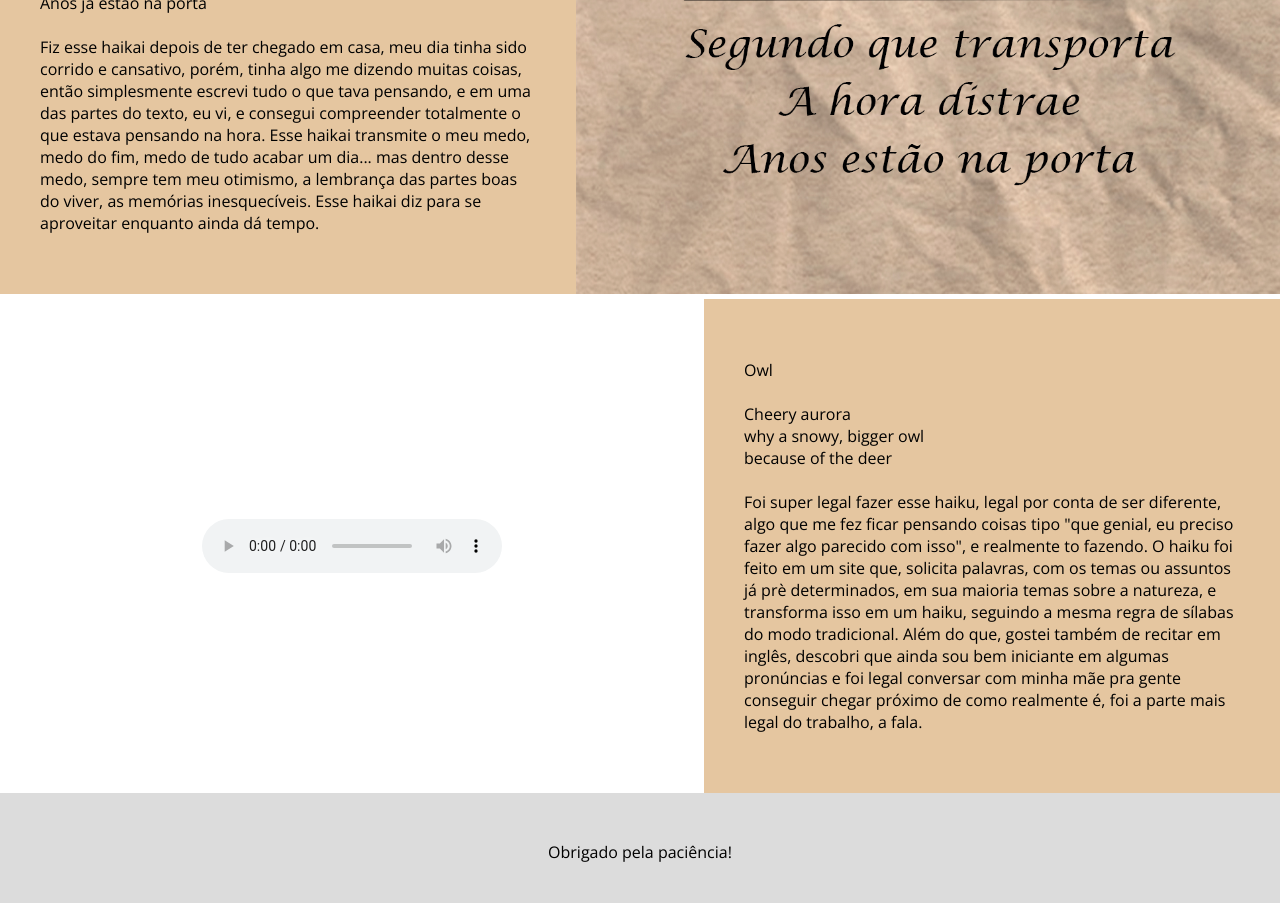
Repository: NewMatheusED/portfolio-linguagens
Page: index.html
These files come from the project's save history. The page is drawn as it stood at one moment and after the next save; the edit follows.
The browser window is 1280 px wide. The pictures show the part of the page from y = 1569 to 2521 px (the page is 2472 px tall before and 2521 px after).

Above is the page before, as saved 2022-11-20 23:09:49.

### index.html
<!DOCTYPE html>
<html lang="pt-br">
<head>
    <meta charset="UTF-8">
    <link href="https://fonts.googleapis.com/css2?family=Open+Sans&display=swap" rel="stylesheet">
    <link rel="stylesheet" href="style.css">
    <meta name="viewport" content="width=device-width, initial-scale=1.0">
    <meta name="description" content="Trabalho Integrado de linguagens 4º bimestre">
    <meta name="keywords" content="LandingPage,Início,Começo">
    <meta name="author" content="Matheus Eduardo">
    <title>Integrado de Linguagens</title>
</head>
<body>
    <header>
        <div class="container">
            <h2>MATHEUS EDUARDO MENDONÇA GOMES</h2>
            <div class="clear"></div><!--clear-->
        </div><!--container-->
    </header>

    <section class="chamada">
        <div class="container">
           <div><h2>Trabalho Integrado de Linguagens</h2></div>
            <div><p>Olá! Esse é meu portfólio com os trabalhos produzidos na área. Espero que goste!
            </p></div>
                <div class="arrow"></div>
                </div><!--container-->
    </section><!--chamada-->

    <section class="mosaico">

        <div class="container">

            <div class="flex-mosaico">
                <div class="item-1-mosaico" style="background-image: url(cobra.jpg);">
                </div><!--item-1-mosaico-->

                <div class="item-2-mosaico">
                    <p><b>Estampa camiseta</b><br><br>Como proposta para a área de arte, tivemos que desenhar algo para ser a logo da nossa sala, e assim fazer uma estampa de camisa. O tema foi sorteado pela sala, cobra, algo que não me agradou muito, porém tudo bem... Como ideia, quis fazer uma cobra em movimento, para se fixar em posição de ataque. Fiz algo minimalista, porém com uma leve textura para dar inpressão de pele mais grossa.</p>
                </div><!--item-2-mosaico-->
            </div><!--flex-mosaico-->

            <div class="flex-mosaico" style="flex-direction: row-reverse;">
                <div class="item-1-mosaico" style="background-image: url(bordado.jpg);">
                </div><!--item-1-mosaico-->

                <div class="item-2-mosaico">
                    <p><b>Bordado</b><br><br>Sendo o trabalho mais legal e mais chato ao mesmo tempo, fazer o bordado foi algo que saiu do que esperava. Ainda não posso dizer que entendi o porquê dessa solicitação, porém foi legal ficar fazendo isso com a minha mãe, algo que realmente me distraiu demais. Esse processo lento, porém, cada fio passado você repara a evolução. Gostei desse trabalho por isso, pelo o que me fez sentir no processo, e não gostei por conta de ter demorado um tanto bom pra aprender em casa.</p>
                </div><!--item-2-mosaico-->
            </div><!--flex-mosaico-->

            <div class="flex-mosaico">
                <div class="item-1-mosaico" style="background-image: url(kendo.gif); background-size: contain">
                </div><!--item-1-mosaico-->

                <div class="item-2-mosaico">
                    <p><b>Kendo</b><br><br>Falar sobre o kendo foi também bem diferente pra mim, principalmente por não conhecer antes o esporte. Mas tirando isso, eu gostei demais de pesquisar e apresentar sobre, descobrir nomes novos, movimentos diferentes, começei a pensar nos movimentos que fazia e associar isso ao próprio kendo. Foi uma forma de abrir meu leque cultural e descobrir coisas novas que são do meu gosto, então fazer esse gif foi legal até, mesmo que rápido.</p>
                </div><!--item-2-mosaico-->
            </div><!--flex-mosaico-->

            <div class="flex-mosaico" style="flex-direction: row-reverse;">
                <div class="item-1-mosaico" style="background-image: url(haikai.jpg);">
                </div><!--item-1-mosaico-->

                <div class="item-2-mosaico">
                    <p><b>Haikai</b><br><br>Infinitude<br><br>
                        Segundo que transporta<br>
                        A hora distrae<br>
                        Anos já estão na porta<br><br>
                    Fiz esse haikai depois de ter chegado em casa, meu dia tinha sido corrido e cansativo, porém, tinha algo me dizendo muitas coisas, então simplesmente escrevi tudo o que tava pensando, e em uma das partes do texto, eu vi, e consegui compreender totalmente o que estava pensando na hora. Esse haikai transmite o meu medo, medo do fim, medo de tudo acabar um dia... mas dentro desse medo, sempre tem meu otimismo, a lembrança das partes boas do viver, as memórias inesquecíveis. Esse haikai diz para se aproveitar enquanto ainda dá tempo.</p>
                </div><!--item-2-mosaico-->
            </div><!--flex-mosaico-->

            <div class="flex-mosaico">
                <div class="item-1-mosaico">
                    <audio controls>
                        <source src="Haiku.mp3" type="audio/mpeg">
                    </audio>
                </div><!--item-1-mosaico-->

                <div class="item-2-mosaico">
                    <p>Owl<br><br>
                        Cheery aurora<br>
                        why a snowy, bigger owl<br>
                        because of the deer<br><br>
                    Foi super legal fazer esse haiku, legal por conta de ser diferente, algo que me fez ficar pensando coisas tipo "que genial, eu preciso fazer algo parecido com isso", e realmente to fazendo. O haiku foi feito em um site que, solicita palavras, com os temas ou assuntos já prè determinados, em sua maioria temas sobre a natureza, e transforma isso em um haiku, seguindo a mesma regra de sílabas do modo tradicional. Além do que, gostei também de recitar em inglês, descobri que ainda sou bem iniciante em algumas pronúncias e foi legal conversar com minha mãe pra gente conseguir chegar próximo de como realmente é, foi a parte mais legal do trabalho, a fala. </p>
                </div><!--item-2-mosaico-->
            </div><!--flex-mosaico-->
        </div><!--container-->
    </section><!--mosaico-->

    <footer>
        <div class="container">
        <p>Obrigado pela paciência!</p>
        </div><!--container-->
    </footer>
</body>
</html>

### style.css
* {
    margin: 0;
    padding: 0;
    box-sizing: border-box;
    font-family: 'Open Sans', sans-serif;
}

html, body {
    height: 100%;
}

.clear {
    clear: both;
}

.container {
    width: 100%;
    max-width: 1280px;
    margin: 0 auto;
}

header {
    background-color: rgb(220,220,220);
    padding: 10px 2% 20px 2%;
    text-align: center;
}

.logo-1 {
    float: left;
    margin-top: 10px;
    width: 150px;
    height: 60px;
    background-image: url(../projeto_02/logo1.png);
    background-size: 100% auto;
    background-position: center;
    background-repeat: no-repeat;
}

.logo-2 {
    float: right;
    width: 160px;
    height: 60px;
    background-image: url(../projeto_02/logo2.png);
    background-size: 100% auto;
    background-position: center;
    background-repeat: no-repeat;
}

.cover-form {
    width: 100%;
}

.bg {
    position: relative;
    height: 560px;
    background-size: cover;
    background-position: center;
    background-image: url(../projeto_02/bg-form.jpg);
}

.form-container {
    position: absolute;
    right: 30px;
    top: -2.5%;
    box-shadow: 2px 2px 2px 1px rgb(180,180,180);
    width: 400px;
    height: 105%;
    background-color: white;
}

.form-container h2 {
    font-weight: normal;
    font-size: 18px;
    color: black;
    padding: 25px 15px;
    background-color: rgb(210,210,210);
}

.form-container form {
    margin-top: 20px;
    padding: 15px;
}

.form-container form p {
    font-size: 13px;
    color: #525252;
}

.form-wraper:not(:first-child) {
    margin-top: 40px;
}

.form-wraper:last-child {
    margin-top: 20px;
}

.form-container form input[type=text] {
    width: 100%;
    border: 1px solid #ccc;
    height: 45px;
    line-height: 45px;
    padding-left: 10px;
}

.form-container form input[type=submit] {
    background-color: #033C50;
    text-transform: uppercase;
    color: white;
    width: 100%;
    font-size: 17px;
    height: 50px;
    cursor: pointer;
    border: none;
}

.chamada {
    z-index: 0;
    width: 100%;
    text-align: center;
}

.arrow {
    width: 64px;
    height: 64px;
    z-index: 3;
    background-image: url(../projeto_02/arrow.png);
    background-size: 100% 100%;
    position: relative;
    top: -183px;
    left: 50%;
    margin-left: -20px;
}

.chamada .container {
    padding: 70px 0 50px 0;
    background-color: #887968;
}

.chamada h2 {
    text-transform: uppercase;
    width: 98%;
    max-width: 700px;
    display: inline-block;
    color: white;
    font-size: 35px;
    font-weight: normal;
}

.chamada p {
    width: 98%;
    font-size: 20px;
    color: white;
    margin-top: 10px;
    font-weight: normal;
}

.flex-mosaico {
    display: flex;
    margin-top: 5px;
}

.item-1-mosaico {
    background-size: cover;
    background-repeat: no-repeat;
    background-position: center;
    width: 55%;
}

.item-1-mosaico audio {
    position: relative;
    left: 50%;
    top: 50%;
    transform: translate(-50%, -50%);
}

.item-2-mosaico {
    background-color: #e5c6a0;
    color: black;
    padding: 60px 40px;
    width: 45%;
}

.item-2-mosaico p b {
    font-size: 20px
}

footer .container {
    text-align: center;
    padding: 40px 0;
    background-color: rgb(220,220,220);
}

footer p {
    margin-top: 8px;
}

footer img {
    width: 150px;
    margin-top: 30px;
}

@media screen and (max-width: 960px) {

    .bg {
        height: auto;
        padding: 40px 0;
        text-align: center;
    }

    .form-container {
        height: auto;
        width: 96%;
        max-width: 400px;
        display: inline-block;
        position: static;
    }
}

@media screen and (max-width:768px) {
    .flex-mosaico {
        display: block;
    }

    .item-1-mosaico {
        padding-top: 50%;
        width: 100%;
    }

    .item-2-mosaico {
        text-align: justify;
        width: 100%;
    }
}

@media screen and (max-width: 510px) {
    header {
        text-align: center;
    }

    .logo-1, .logo-2 {
        right: 0;
        text-align: center;
        margin-top: 10px;
        display: inline-block;
        float: none;
    }
}

After the next save:
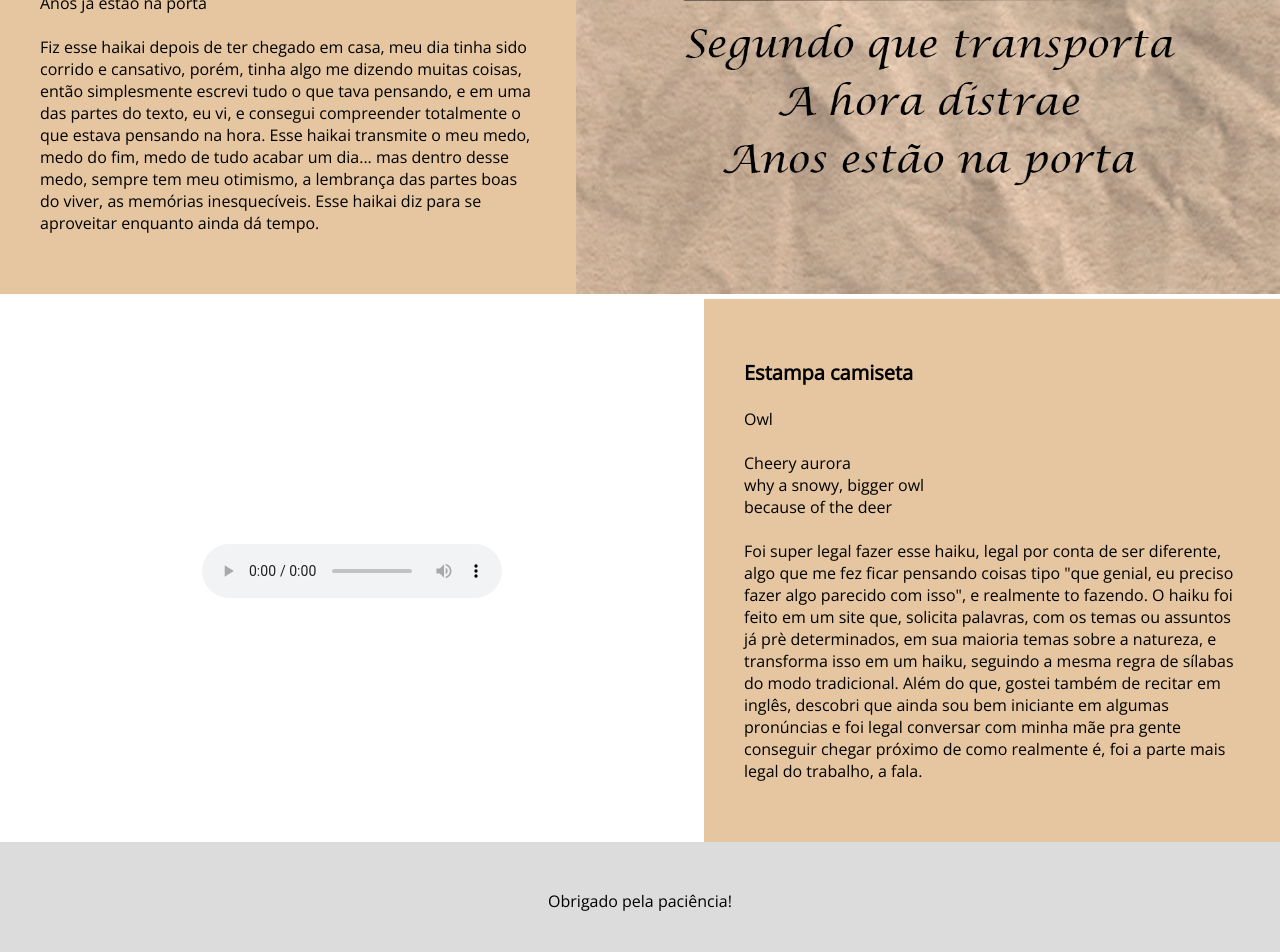
Saved 5 s later.
--- a/index.html
+++ b/index.html
@@ -79,7 +79,7 @@
                 </div><!--item-1-mosaico-->
 
                 <div class="item-2-mosaico">
-                    <p>Owl<br><br>
+                    <p><b>Estampa camiseta</b><br><br>Owl<br><br>
                         Cheery aurora<br>
                         why a snowy, bigger owl<br>
                         because of the deer<br><br>
